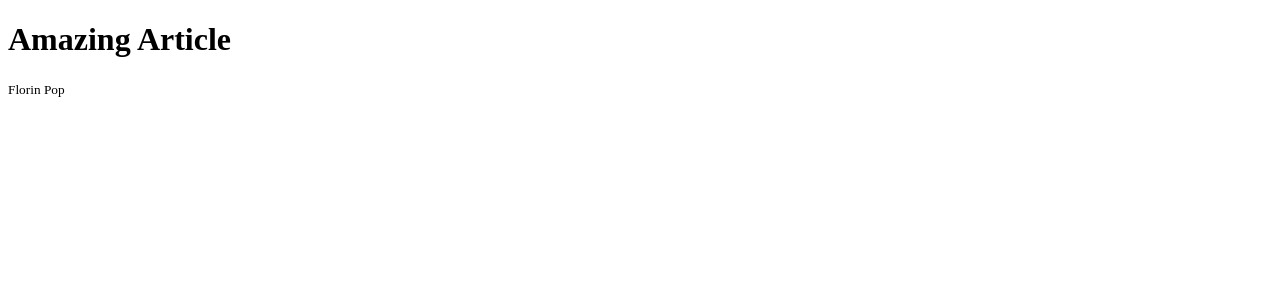
Repository: dunbom6612/RotateArticle
Page: index.html
An editor plug-in stored every save of this project. The page is shown before and after the next save, followed by the edit.
The browser window is 1280 px wide. The pictures show the whole page.

Above is the page before, as saved 2021-07-27 00:03:11.

### index.html
<!DOCTYPE html>
<html lang="en">
<head>
  <meta charset="UTF-8">
  <meta http-equiv="X-UA-Compatible" content="IE=edge">
  <meta name="viewport" content="width=device-width, initial-scale=1.0">
  <title>Rotate Navigation</title>
</head>
<body>
  <h1 class="title">Amazing Article</h1>
  <small class="author">Florin Pop</small>
</body>
</html>

After the next save:
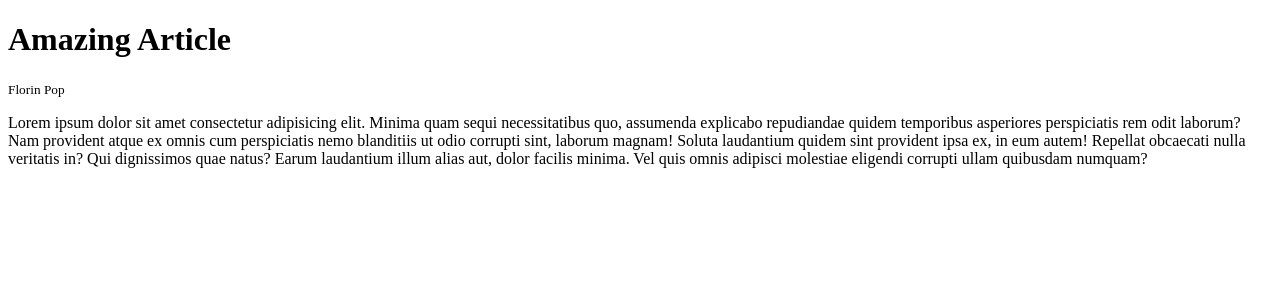
Saved 25 s later.
--- a/index.html
+++ b/index.html
@@ -9,5 +9,6 @@
 <body>
   <h1 class="title">Amazing Article</h1>
   <small class="author">Florin Pop</small>
+  <p>Lorem ipsum dolor sit amet consectetur adipisicing elit. Minima quam sequi necessitatibus quo, assumenda explicabo repudiandae quidem temporibus asperiores perspiciatis rem odit laborum? Nam provident atque ex omnis cum perspiciatis nemo blanditiis ut odio corrupti sint, laborum magnam! Soluta laudantium quidem sint provident ipsa ex, in eum autem! Repellat obcaecati nulla veritatis in? Qui dignissimos quae natus? Earum laudantium illum alias aut, dolor facilis minima. Vel quis omnis adipisci molestiae eligendi corrupti ullam quibusdam numquam?</p>
 </body>
 </html>
